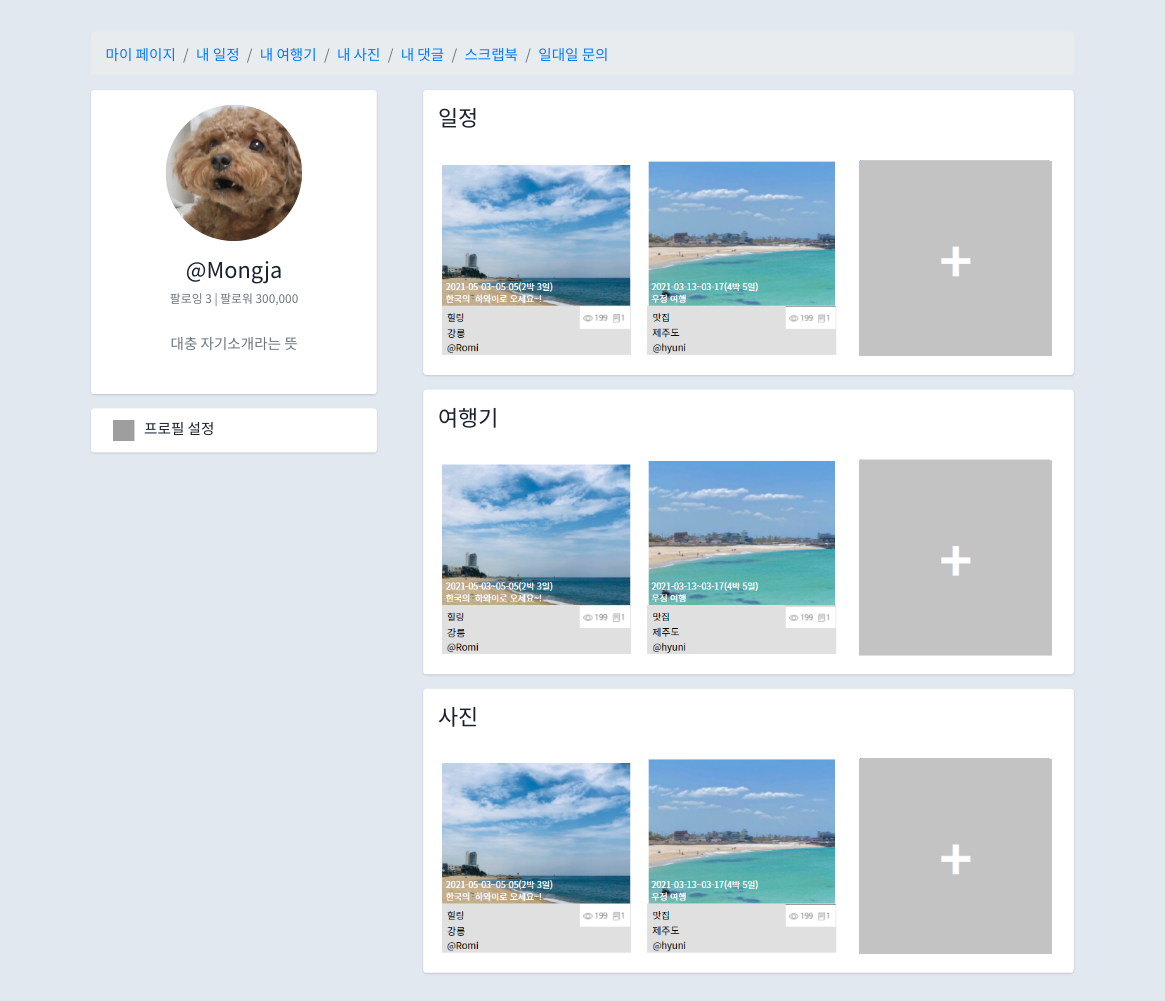
Repository: jangseohyun/LEGGO_2021
Page: http://localhost/PrjApp/ProfileTest.jsp
These files come from the project's save history. The page is drawn as it stood at one moment and after the next save; the edit follows.
The browser window is 1280 px wide. The pictures show the whole page, at 91% of full size.
Pictures or frames that could not be fetched are drawn as grey boxes. Some web libraries are served in a nearby version. The page is served by Tomcat 9. Other server files are loaded and not shown.

Above is the page before, as saved 2021-06-27 10:21:53.

### PrjApp/WebContent/ProfileTest.jsp
<%@ page contentType="text/html; charset=UTF-8"%>
<%@ taglib prefix="c" uri="http://java.sun.com/jsp/jstl/core"%>
<%
	request.setCharacterEncoding("UTF-8");
	String cp = request.getContextPath();
%>
<!DOCTYPE html>
<head>
    <meta charset="utf-8">
    <!--  This file has been downloaded from bootdey.com @bootdey on twitter -->
    <!--  All snippets are MIT license http://bootdey.com/license -->
    <title>ProfileTest.jsp</title>
    <meta name="viewport" content="width=device-width, initial-scale=1">
	<script src="https://code.jquery.com/jquery-1.10.2.min.js"></script>
    <link href="https://cdn.jsdelivr.net/npm/bootstrap@4.4.1/dist/css/bootstrap.min.css" rel="stylesheet">
	<script src="https://cdn.jsdelivr.net/npm/bootstrap@4.4.1/dist/js/bootstrap.bundle.min.js"></script>
	<link rel="preconnect" href="https://fonts.googleapis.com">
	<link rel="preconnect" href="https://fonts.gstatic.com" crossorigin>
	<link href="https://fonts.googleapis.com/css2?family=Noto+Sans+KR:wght@400;700&display=swap" rel="stylesheet">
</head>
<body>
<div class="container">
    <div class="main-body">

          <!-- 상단 메뉴 -->
          <nav aria-label="breadcrumb" class="main-breadcrumb">
            <ol class="breadcrumb">
              <li class="breadcrumb-item" aria-current="page"><a href="javascript:void(0)">마이 페이지</a></li>
              <li class="breadcrumb-item"><a href="">내 일정</a></li>
              <li class="breadcrumb-item"><a href="">내 여행기</a></li>
              <li class="breadcrumb-item"><a href="">내 사진</a></li>
              <li class="breadcrumb-item"><a href="">내 댓글</a></li>
              <li class="breadcrumb-item"><a href="">스크랩북</a></li>
              <li class="breadcrumb-item"><a href="">일대일 문의</a></li>
            </ol>
          </nav>

          <div class="row gutters-sm">
            <div class="col-md-4 mb-3">

              <!-- 프로필 -->
              <div class="card w-90">
                <div class="card-body">
                  <div class="d-flex flex-column align-items-center text-center">
                    <img src="images/profile_img_sample.jpg" alt="Admin" class="rounded-circle" width="150">
                    <div class="mt-3">
                      <h4>@Mongja</h4>
                      <p class="text-secondary mb-1" style="font-size: 13px;">팔로잉 3  |  팔로워 300,000</p><br>
                      <p class="text-secondary mb-1">대충 자기소개라는 뜻</p><br>
                      <!-- <button class="btn btn-primary">팔로우</button> -->
                    </div>
                  </div>
                </div>
              </div>

              <!-- 프로필 버튼 -->
              <div class="card mt-3 w-90">
                <ul class="list-group list-group-flush">
                  <li class="list-group-item d-flex justify-content-between align-items-center flex-wrap">
                    <h6 class="mb-0">&nbsp;<img src="https://image.flaticon.com/icons/png/512/3524/3524752.png" width="24" height="24">&nbsp;&nbsp;&nbsp;프로필 설정</h6>
                    <!-- <span class="text-secondary">https://bootdey.com</span> -->
                  <!--
                  </li>
                  <li class="list-group-item d-flex justify-content-between align-items-center flex-wrap">
                    <h6 class="mb-0"><svg xmlns="http://www.w3.org/2000/svg" width="24" height="24" viewBox="0 0 24 24" fill="none" stroke="currentColor" stroke-width="2" stroke-linecap="round" stroke-linejoin="round" class="feather feather-github mr-2 icon-inline"><path d="M9 19c-5 1.5-5-2.5-7-3m14 6v-3.87a3.37 3.37 0 0 0-.94-2.61c3.14-.35 6.44-1.54 6.44-7A5.44 5.44 0 0 0 20 4.77 5.07 5.07 0 0 0 19.91 1S18.73.65 16 2.48a13.38 13.38 0 0 0-7 0C6.27.65 5.09 1 5.09 1A5.07 5.07 0 0 0 5 4.77a5.44 5.44 0 0 0-1.5 3.78c0 5.42 3.3 6.61 6.44 7A3.37 3.37 0 0 0 9 18.13V22"></path></svg>Github</h6>
                  </li>
                  <li class="list-group-item d-flex justify-content-between align-items-center flex-wrap">
                    <h6 class="mb-0"><svg xmlns="http://www.w3.org/2000/svg" width="24" height="24" viewBox="0 0 24 24" fill="none" stroke="currentColor" stroke-width="2" stroke-linecap="round" stroke-linejoin="round" class="feather feather-twitter mr-2 icon-inline text-info"><path d="M23 3a10.9 10.9 0 0 1-3.14 1.53 4.48 4.48 0 0 0-7.86 3v1A10.66 10.66 0 0 1 3 4s-4 9 5 13a11.64 11.64 0 0 1-7 2c9 5 20 0 20-11.5a4.5 4.5 0 0 0-.08-.83A7.72 7.72 0 0 0 23 3z"></path></svg>Twitter</h6>
                  </li>
                  <li class="list-group-item d-flex justify-content-between align-items-center flex-wrap">
                    <h6 class="mb-0"><svg xmlns="http://www.w3.org/2000/svg" width="24" height="24" viewBox="0 0 24 24" fill="none" stroke="currentColor" stroke-width="2" stroke-linecap="round" stroke-linejoin="round" class="feather feather-instagram mr-2 icon-inline text-danger"><rect x="2" y="2" width="20" height="20" rx="5" ry="5"></rect><path d="M16 11.37A4 4 0 1 1 12.63 8 4 4 0 0 1 16 11.37z"></path><line x1="17.5" y1="6.5" x2="17.51" y2="6.5"></line></svg>Instagram</h6>
                  </li>
                  <li class="list-group-item d-flex justify-content-between align-items-center flex-wrap">
                    <h6 class="mb-0"><svg xmlns="http://www.w3.org/2000/svg" width="24" height="24" viewBox="0 0 24 24" fill="none" stroke="currentColor" stroke-width="2" stroke-linecap="round" stroke-linejoin="round" class="feather feather-facebook mr-2 icon-inline text-primary"><path d="M18 2h-3a5 5 0 0 0-5 5v3H7v4h3v8h4v-8h3l1-4h-4V7a1 1 0 0 1 1-1h3z"></path></svg>Facebook</h6>
                  </li>
                   -->
                </ul>
              </div>
            </div>

            <!-- 일정 -->
            <div class="col-md-8">
              <div class="card mb-3">
                <div class="card-body">
                  <h4>일정</h4><br>
                  <img src="images/sample.PNG" style="height:220px;">
                  <!--
                  <div class="row">
                    <div class="col-sm-3">
                      <h6 class="mb-0">Full Name</h6>
                    </div>
                    <div class="col-sm-9 text-secondary">
                      Kenneth Valdez
                    </div>
                  </div>
                  <hr>
                  <div class="row">
                    <div class="col-sm-3">
                      <h6 class="mb-0">Email</h6>
                    </div>
                    <div class="col-sm-9 text-secondary">
                      fip@jukmuh.al
                    </div>
                  </div>
                  <hr>
                  <div class="row">
                    <div class="col-sm-3">
                      <h6 class="mb-0">Phone</h6>
                    </div>
                    <div class="col-sm-9 text-secondary">
                      (239) 816-9029
                    </div>
                  </div>
                  <hr>
                  <div class="row">
                    <div class="col-sm-3">
                      <h6 class="mb-0">Mobile</h6>
                    </div>
                    <div class="col-sm-9 text-secondary">
                      (320) 380-4539
                    </div>
                  </div>
                  <hr>
                  <div class="row">
                    <div class="col-sm-3">
                      <h6 class="mb-0">Address</h6>
                    </div>
                    <div class="col-sm-9 text-secondary">
                      Bay Area, San Francisco, CA
                    </div>
                  </div>
                  <hr>
                  <div class="row">

                    <div class="col-sm-12">
                      <a class="btn btn-info " target="__blank" href="https://www.bootdey.com/snippets/view/profile-edit-data-and-skills">Edit</a>
                    </div>

                  </div>
                   -->
                </div>
              </div>

              <!-- 여행기 -->
              <div class="card mb-3">
                <div class="card-body">
                  <h4>여행기</h4><br>
                  <img src="images/sample.PNG" style="height:220px;">
                </div>
              </div>

              <!-- 사진 -->
              <div class="card mb-3">
                <div class="card-body">
                  <h4>사진</h4><br>
                  <img src="images/sample.PNG" style="height:220px;">
                </div>
              </div>

            </div><!-- end col-md-8 -->
         </div><!-- end row gutters-sm -->
     </div><!-- end main-body -->
</div><!-- end container -->

<style type="text/css">
body{
    margin-top:20px;
    color: #1a202c;
    text-align: left;
    background-color: #e2e8f0;
    font-family: 'Noto Sans KR', sans-serif;
}
.main-body {
    padding: 15px;
}
.card {
    box-shadow: 0 1px 3px 0 rgba(0,0,0,.1), 0 1px 2px 0 rgba(0,0,0,.06);
}

.card {
    position: relative;
    display: flex;
    flex-direction: column;
    min-width: 0;
    word-wrap: break-word;
    background-color: #fff;
    background-clip: border-box;
    border: 0 solid rgba(0,0,0,.125);
    border-radius: .25rem;
}

.card-body {
    flex: 1 1 auto;
    min-height: 1px;
    padding: 1rem;
}

.gutters-sm {
    margin-right: -8px;
    margin-left: -8px;
}

.gutters-sm>.col, .gutters-sm>[class*=col-] {
    padding-right: 8px;
    padding-left: 8px;
}
.mb-3, .my-3 {
    margin-bottom: 1rem!important;
}

.bg-gray-300 {
    background-color: #e2e8f0;
}
.h-100 {
    height: 100%!important;
}
.shadow-none {
    box-shadow: none!important;
}
.w-90 {
	width: 90%!important;
}

</style>

<script type="text/javascript">

</script>
</body>
</html>

After the next save:
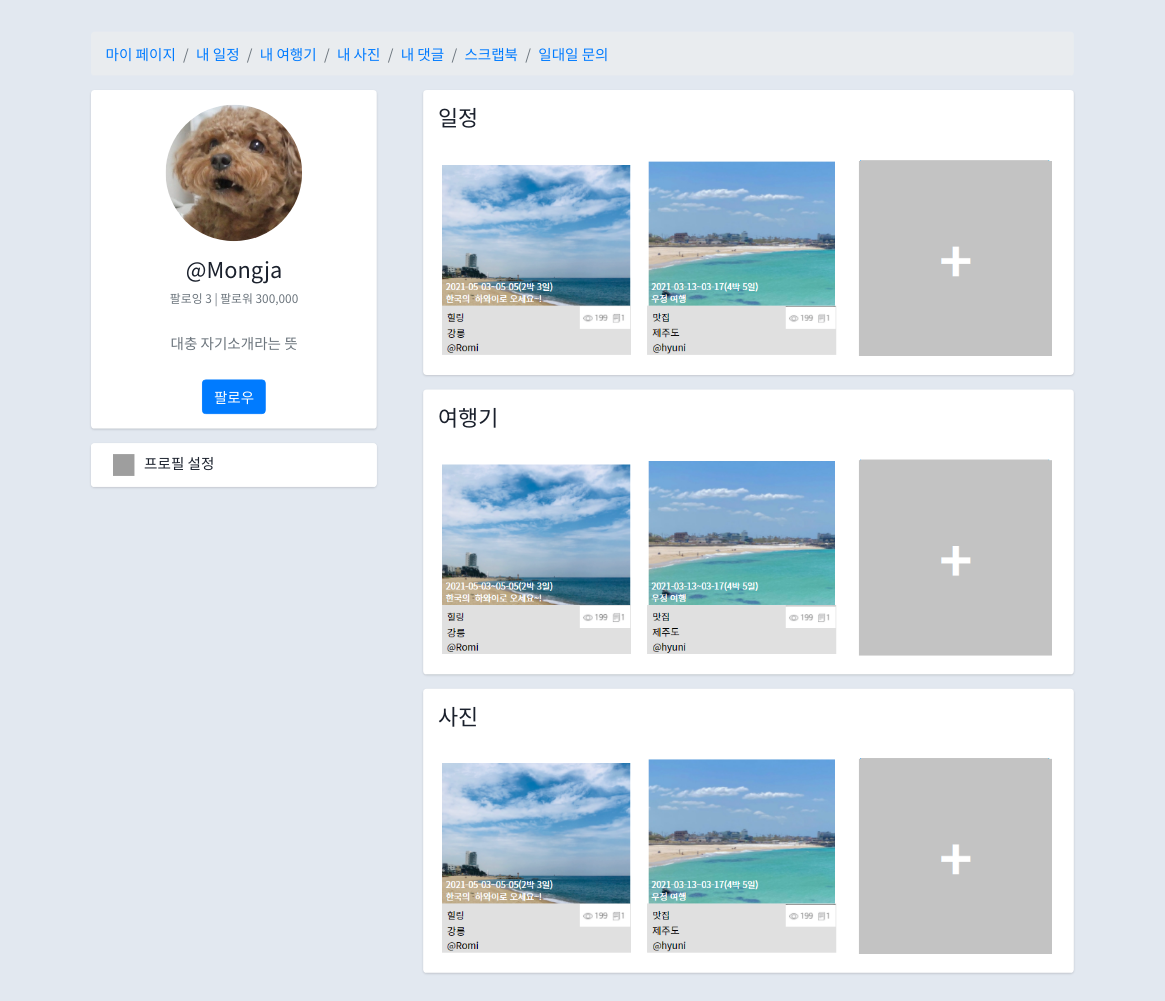
Saved 3 h 16 min later.
--- a/PrjApp/WebContent/ProfileTest.jsp
+++ b/PrjApp/WebContent/ProfileTest.jsp
@@ -47,7 +47,7 @@
                       <h4>@Mongja</h4>
                       <p class="text-secondary mb-1" style="font-size: 13px;">팔로잉 3  |  팔로워 300,000</p><br>
                       <p class="text-secondary mb-1">대충 자기소개라는 뜻</p><br>
-                      <!-- <button class="btn btn-primary">팔로우</button> -->
+                      <button class="btn btn-primary">팔로우</button>
                     </div>
                   </div>
                 </div>

After the save that followed:
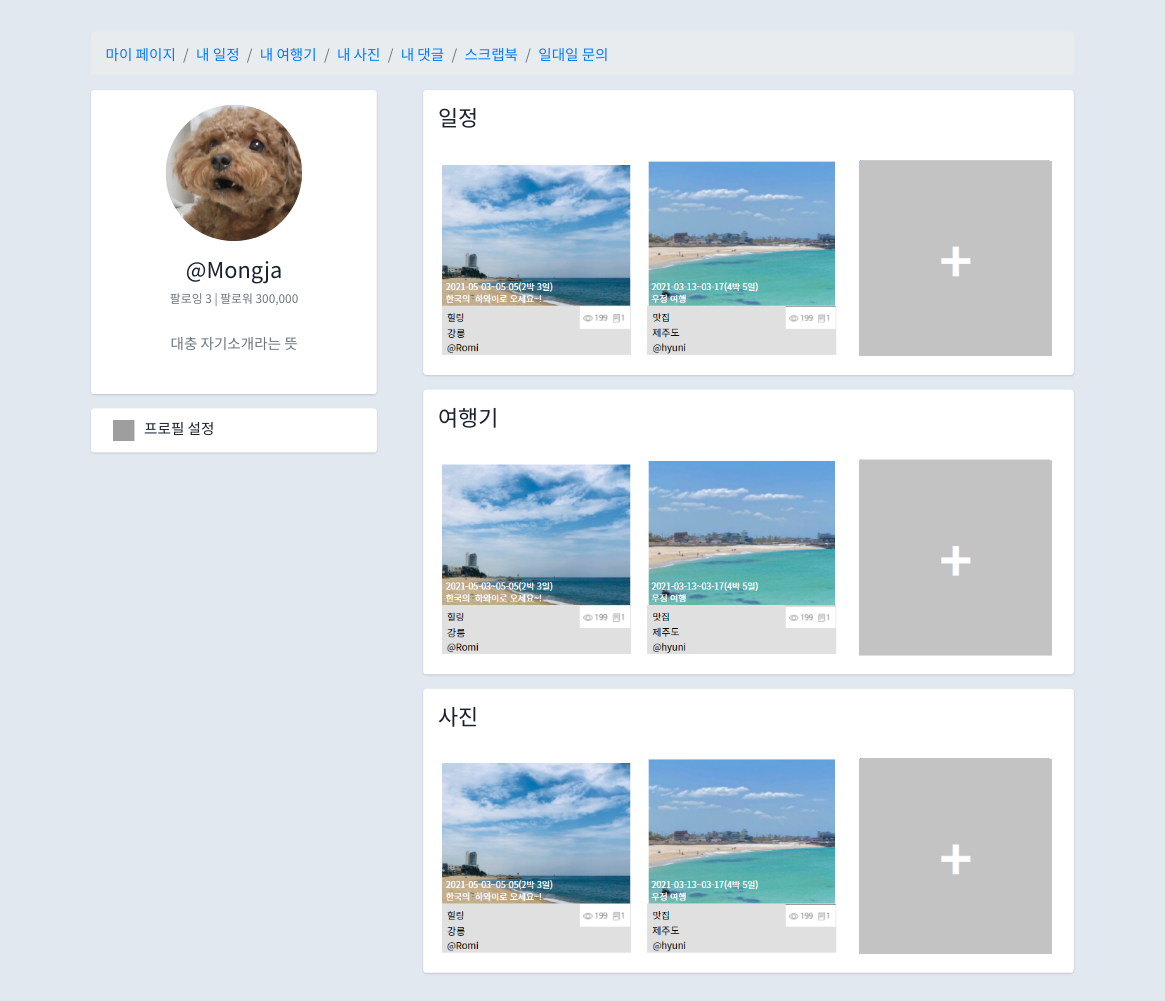
Saved 8 s later.
--- a/PrjApp/WebContent/ProfileTest.jsp
+++ b/PrjApp/WebContent/ProfileTest.jsp
@@ -47,7 +47,7 @@
                       <h4>@Mongja</h4>
                       <p class="text-secondary mb-1" style="font-size: 13px;">팔로잉 3  |  팔로워 300,000</p><br>
                       <p class="text-secondary mb-1">대충 자기소개라는 뜻</p><br>
-                      <button class="btn btn-primary">팔로우</button>
+                      <!-- <button class="btn btn-primary">팔로우</button> -->
                     </div>
                   </div>
                 </div>
